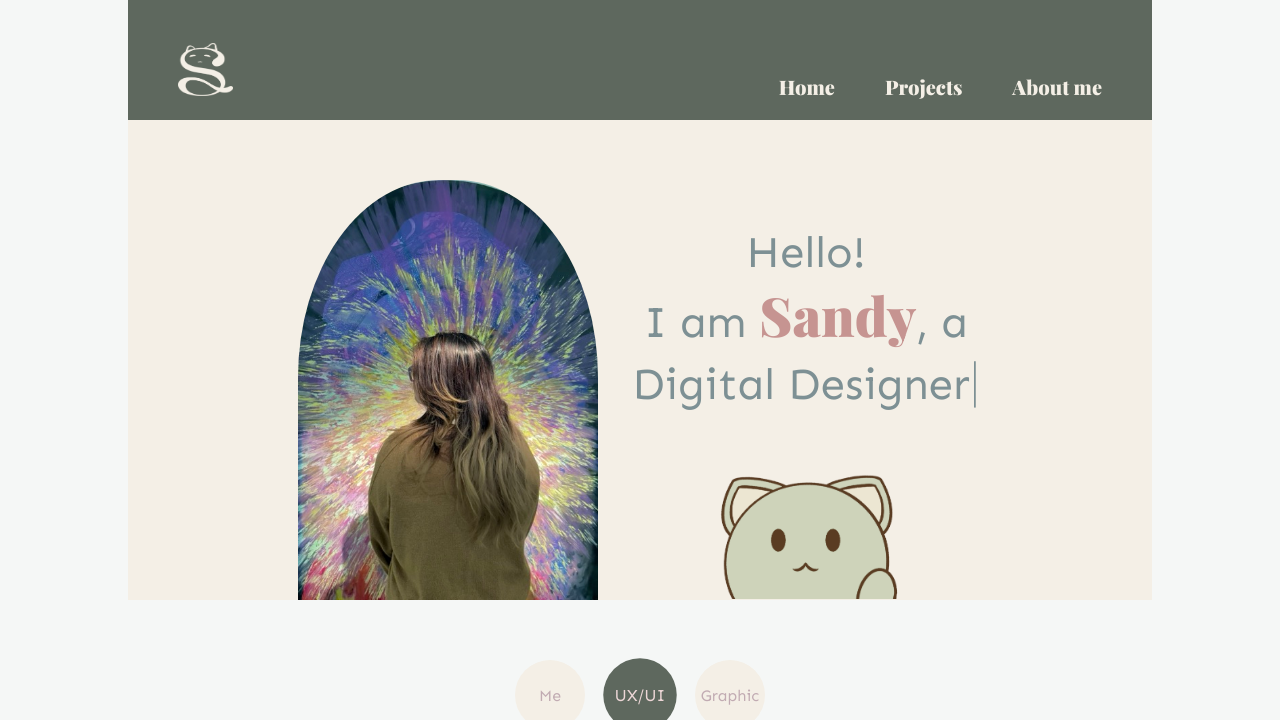
Repository: SandyLy453/portfolio
Page: /
These files come from the project's save history. The page is drawn as it stood at one moment and after the next save; the edit follows.
The browser window is 1280 px wide. The pictures show the whole page.
An inner scrolling area shows only its first screen. The project was rebuilt for these pictures with package versions that can differ from the ones it lists, and the page was loaded fresh each time. The framework's server and built-in components were replaced by stand-ins that run in the browser. Also part of the build but not shown: next.config.mjs, modules/Footer/Footer.module.css, modules/Footer/Footer.js, modules/ProjectCard/ProjectCard.module.css, modules/ProjectCard/Projectcard.js.

Above is the page before, as saved 2025-02-17 18:05:47.

### pages/_app.js
import { useEffect } from "react";
import { useRouter } from "next/router";
import { Playfair_Display, Sen } from 'next/font/google';
import '../styles/globals.css';

const playfairDisplay = Playfair_Display({
  weight: ['400', '900'],
  style: ['normal', 'italic'],
  subsets: ['latin'],
});

const sen = Sen({
  weight: ['400', '700', '800'],
  subsets: ['latin'],
});

export default function App({ Component, pageProps }) {

  const router = useRouter();

  useEffect(() => {
    const handleRouteChangeComplete = (url) => {
        if (url.startsWith("/projects")) {
            window.location.reload();
        } else if (url.startsWith("/project")) {
          window.location.reload();
        }
    };

    router.events.on("routeChangeComplete", handleRouteChangeComplete);

    return () => {
        router.events.off("routeChangeComplete", handleRouteChangeComplete);
    };
}, [router]);


  return (
    <main className={`${playfairDisplay.className} ${sen.className}`}>
      <Component {...pageProps} />
    </main>
  )
}

### pages/_document.js
import { Html, Head, Main, NextScript } from "next/document";


export default function Document() {
  return (
    <Html lang="en">
      <Head>
        <title>San San's Tea Room</title>
        <link rel="icon" href="/favicon.ico" />

        <link rel="preconnect" href="https://fonts.googleapis.com" />
        <link rel="preconnect" href="https://fonts.gstatic.com" crossorigin="anonymous" />
        <link
          href="https://fonts.googleapis.com/css2?family=Playfair+Display:wght@400;900&family=Sen:wght@400;700;800&display=swap"
          rel="stylesheet"
        />
      </Head>
      <body>
        <Main />
        <NextScript />
      </body>
    </Html>
  );
}

### pages/index.js
import Image from "next/image";
import Link from "next/link";
import styles from "@/styles/Home.module.css";
import { useState, useEffect } from "react";
import Header from "@/modules/Header/Header";
import Footer from "@/modules/Footer/Footer";
import ProjectCard from "@/modules/ProjectCard/Projectcard";
import ShowCase from "@/modules/ShowCase/ShowCase";

export default function Home() {

  const projects = [
    {
      photos: ["/aether-cover.png"],
      alt: "Aether cover",
      title: "Aether",
      description: "Case Study - A AI-powered form-filling app",
      date: "September 2024 - December 2024",
      link: "/projects/Aether",
    },
    {
      photos: ["/post1.png", "/post2.png", "/post3.png"],
      alt: "Poster slides show",
      title: "Poster design",
      description:
        "Product design - Series of posters based on the anime/ manga Detective Conan.",
      date: "December 2024",
      link: "/projects/Poster",
    },
    {
      photos: ["/can1.png", "/can2.png", "/can3.png"],
      alt: "Can design slide show",
      title: "DiLo Tea Can",
      description: "Product design - Tea Can",
      date: "November 2024",
      link: "/projects/CanDesign",
    },
    {
      photos: ["/mockup2.png"],
      alt: "Magazine cover",
      title: "Magazine",
      description: "Magazine design - An architectural magazine",
      date: "November 2024",
      link: "/projects/Magazine",
    },
    {
      photos: ["/clotho.png"],
      alt: "Clotho app",
      title: "Clotho",
      description: "Clotho - A closet organize app",
      date: "March 2024 - May 2024",
      link: "/projects/Clotho",
    },
    {
      photos: ["/cam.png"],
      alt: "Camera vector graphic",
      title: "Mechanical Object Vector Graphic",
      description: "Using vector to draw mechanical objects",
      date: "December 2023",
      link: "/projects/MechanicalObject",
    },
  ];

  const [visibleProjects, setVisibleProjects] = useState(6);

  const roles = ["UX/UI Designer", "Digital Designer", "Web Developer"];
  const [text, setText] = useState("");
  const [index, setIndex] = useState(0);
  const [charIndex, setCharIndex] = useState(0);
  const [deleting, setDeleting] = useState(false);

  useEffect(() => {
    const currentRole = roles[index];

    let timeout;

    if (deleting) {
      timeout = setTimeout(() => {
        setText(currentRole.substring(0, charIndex - 1));
        setCharIndex((prev) => prev - 1);
      }, 50);
    } else {
      timeout = setTimeout(() => {
        setText(currentRole.substring(0, charIndex + 1));
        setCharIndex((prev) => prev + 1);
      }, 100);
    }

    if (!deleting && charIndex === currentRole.length) {
      setTimeout(() => setDeleting(true), 1000);
    } else if (deleting && charIndex === 0) {
      setDeleting(false);
      setIndex((prevIndex) => (prevIndex + 1) % roles.length);
    }

    return () => clearTimeout(timeout);
  }, [charIndex, deleting, index, roles]);

  return (
    <>
      <Header/>

      <main className={styles.main}>
        <div className={styles.top}>
          <div className={styles.image}>
            <Image src={'/cover.jpeg'} alt="cover photo" className={styles.coverPhoto} width={300} height={420} />
          </div>

          <div className={styles.info}>
            <p className={styles.role}>Hello!</p>
            <p className={styles.role}>I am <span className={styles.name}>Sandy</span>, a</p>
            <p className={styles.role}>
              {text}
              <span className={styles.cursor}>|</span>
            </p>
            <Image src={'/hi.GIF'} alt="greeting gif" className={styles.gif} width={294} height={129} />
          </div>
        </div>

        <ShowCase/>

        <div className={styles.sectionBreaker}>
          <span> Let's connect! </span>
        </div>

        <div className={styles.connect}>
          <Link
            className={styles.link}
            href={"mailto:sandy.lyth453@gmail.com"}
            target="_blank"
          >
            <p className={styles.connectInfo}>Email</p>
          </Link>
          <Link
            className={styles.link}
            href={"https://www.instagram.com/sansan_lyth?igsh=MThxOTR1ZTlyY3R1dw%3D%3D&utm_source=qr"}
            target="_blank"
          >
            <p className={styles.connectInfo}>Instagram</p>
          </Link>
          <Link
            className={styles.link}
            href={"https://www.linkedin.com/in/boisan-sandy-ly/"}
            target="_blank"
          >
            <p className={styles.connectInfo}>LinkedIn</p>
          </Link>
          <Link
            className={styles.link}
            href={"/Sandy_Ly_Resume.pdf"}
            target="_blank"
          >
            <p className={styles.connectInfo}>Resume</p>
          </Link>
        </div>
      </main>

      <footer className={styles.footer}>
        <p className={styles.copyright}>© Made by Sandy Ly • 2025</p>
      </footer>
    </>
  );
}

### styles/globals.css
:root {
  --mauveMorn: #ecd6d6;
  --mauveShadow: #B59BA6;
  --moss: #5E7975;
  --brightWhite: #f5f7f6;
  --white: #fff;

  --spaBlue: #D3DEDF;
  --forest: #5E685E;
  --midnight: #3D4D55;
  --stormCloud: #676767;
  --cream: #f4EFE6;
  --cloud: #FEFCF6;
}

html,
body {
  padding: 0;
  margin: 0;
  background-color: #f5f7f6;
  width: 100vw;
  height: 100vh;
  overflow-x: hidden;
  scroll-behavior: auto;

  font-family: "Playfair Display", serif;
  font-optical-sizing: auto;
  color: var(--stormCloud);
  cursor: url('/hehe.webp') 16 16, auto;
}

header {
  margin: 0;
  padding: 0;
  box-sizing: border-box;
}

* {
  margin: 0;
  padding: 0;
  box-sizing: border-box; /* Reset styles for all elements */
}

h1, h2, h3, h4, h5, span {
  font-family: "Playfair Display", serif;
}

a, button {
  cursor: url('/haha.webp') 16 16, pointer;
}

### styles/Home.module.css
.page {
  margin: 0;
  padding: 0;
}

.main {
  min-height: 100vh;
  width: 70vw;
  margin: auto;
  margin-top: 0;
  margin-top: 120px;
}

.top {
  width: 100%;
  min-height: 480px;
  background-color: var(--cream);
  align-items: center;
  display: flex;
  flex-direction: row;
  padding: 0;
  flex-wrap: wrap;
  justify-content: center;
}

.coverPhoto {
  border-radius: 47% 47% 0 0;
  margin: 0 6rem;
  position: relative;
  bottom: -30px;
}

.info {
  text-align: center;
  margin-top: 100px;
  width: 30vw;
}

.name {
  font-size: 54px;
  color: #C69491;
  font-weight: 600;
  font-family: "Playfair Display", serif;
}

.role {
  font-size: 44px;
  color: #7D9094;
  font-weight: 500;
}

.loca {
  font-size: 20px;
  color: #7D9094;
  padding-top: 10px;
}

.gif {
  position: relative;
  bottom: -36px;
}

.sectionBreaker {
  display: flex;
  align-items: center;
  justify-content: center;
  margin: 40px 0;
  position: relative;
}

.sectionBreaker::before,
.sectionBreaker::after {
  content: "";
  flex: 1;
  height: 2px;
  background: #d3d3d3;
  margin: 0;
}

.sectionBreaker span {
  color: #7D9094;
  margin: 0 10px;
  font-size: 20px;
  font-style: italic;
}

.pjSection {
  display: flex;
  flex-direction: row;
  flex-wrap: wrap;
  justify-content:space-between;
  align-items: flex-start;
  margin: 0 auto;
  margin-bottom: 50px;
  gap: 1rem;
  max-width: 1350px;
}

.connect {
  margin-bottom: 200px;
}

.link {
  text-decoration: none;
  color: var(--mauveShadow);
  width: 100%;
  font-weight: 500;
}

.link:hover {
  color: var(--forest);
  font-weight: 900;
}

.connectInfo {
  font-size: 54px;
  margin: 20px 0;
  font-family: "Playfair Display", serif;
  position: relative;
  display: inline-block;
  padding: 10px 20px;
  text-decoration: none;
  width: 100%;
  overflow: hidden;
  transition: color 0.3s ease-in-out, font-weight 0.3s ease-in-out;
  font-weight: 500;
}

.connectInfo::before {
  content: "";
  position: absolute;
  top: 0;
  left: -100%;
  width: 100%;
  height: 100%;
  background: linear-gradient(to right, rgba(0, 0, 0, 0.1), rgba(0, 0, 0, 0.3));
  transition: left 0.4s ease-in-out;
  z-index: -1; /* Ensure background does not cover text */
}

/* Make background visible when hovering */
.connectInfo:hover::before,
.connectInfo:active::before {
  left: 0;
}

/* Text color and weight on hover */
.connectInfo:hover {
  color: var(--forest); /* Hover text color */
  font-weight: 900;
}

/* Arrow effect */
.connectInfo::after {
  content: " →";
  opacity: 0;
  position: absolute;
  right: 10px;
  top: 50%;
  transform: translateY(-50%);
  transition: opacity 0.3s ease-in-out, transform 0.3s ease-in-out;
  color: var(--forest); /* Match hover color */
}

/* Show arrow and move slightly right when hovering */
.connectInfo:hover::after,
.connectInfo:active::after {
  opacity: 1;
  transform: translate(8px, -50%);
}


.footer {
  margin-bottom: 20px;
}

.copyright {
  text-align: center;
  font-style: italic;
  color: var(--forest);
  width: 100%;
}





@media screen and (max-width: 1460px) {
  .pjSection {
    gap: 20px;
  }

  .main {
    width: 80vw;
  }

  .coverPhoto {
    margin: 0 1rem;
    bottom: -32px;
  }

  .info {
    margin-top: 50px;
  }

  .gif {
    bottom: -3.7rem;
  }

  .name {
    font-size: 54px;
  }

  .role {
    font-size: 44px;
  }

  .loca {
    font-size: 18px;
  }

  .pjSection {
    gap: 15px;
    justify-content: center;
  }
}



@media screen and (max-width: 768px) {
  .main {
    width: 100vw;
  }

  .coverPhoto {
    margin: 0 auto;
    bottom: -20px;
    width: 70vw;
    height: auto;
  }

  .info {
    margin-top: 50px;
    width: 90vw;
  }

  .name {
    font-size: 36px;
  }

  .role {
    font-size: 20px;
  }

  .loca {
    font-size: 18px;
  }

  .pjSection {
    gap: 15px;
    justify-content: center;
  }

  .gif {
    position: relative;
    bottom: -4px;
    margin-top: 10px;
  }
}

### modules/Header/Header.js
import Image from "next/image";
import Link from "next/link";
import styles from './Header.module.css';
import { useState, useRef } from "react";

export default function Header() {
    const audioRef = useRef(null);
    const [menuOpen, setMenuOpen] = useState(false);

    const playSound = () => {
        if (audioRef.current) {
            audioRef.current.currentTime = 0;
            audioRef.current.play().catch(error => console.log("Audio playback error:", error));
        }
    };

    return (
        <header className={`${styles.header} ${menuOpen ? styles.headerExpanded : ""}`}>
            {/* Logo */}
            <div className={styles.logoBox}>
                <Link href={'/'}>
                    <Image
                        src={'/logo.png'}
                        alt="logo"
                        className={styles.logo}
                        width={55}
                        height={53}
                        onMouseEnter={playSound}
                    />
                </Link>
            </div>

            <button className={styles.hamburger} onClick={() => setMenuOpen(!menuOpen)}>
                <Image
                    src={menuOpen ? "/menuOpen.png" : "/menuIcon.png"}
                    alt="Menu Toggle"
                    width={30}
                    height={21}
                />
            </button>

            <nav className={`${styles.menu} ${menuOpen ? styles.menuExpanded : ""}`}>
                <p className={styles.menuOption}><Link href={'/'} className={styles.link}>Home</Link></p>
                <p className={styles.menuOption}><Link href={'/project'} className={styles.link}>Projects</Link></p>
                <p className={styles.menuOption}><Link href={'/about'} className={styles.link}>About me</Link></p>
            </nav>

            <audio ref={audioRef} src="/cat.wav" preload="auto"></audio>
        </header>
    );
}

### modules/ShowCase/ShowCase.js
import Image from "next/image";
import { useState, useEffect, useRef } from "react";
import styles from './ShowCase.module.css';
import Link from "next/link";

export default function ShowCase() {
    const tags = ["Me", "UX/UI", "Graphic"];
    const images = {
        "Me": "/me.png",
        "UX/UI": "/uxui.png",
        "Graphic": "/3can.png",
    };
    const bigText = ["Sandy", "App Design", "Graphic Design"];
    const smallText = [
        "",
        "",
        ""
    ];
    const linkPath = ["/about", "/project", "/project"];
    const linkText = ["About Me →", "See More Project →", "See More Project →"];

    const [activeIndex, setActiveIndex] = useState(0);
    const [isFading, setIsFading] = useState(false);
    const [isPaused, setIsPaused] = useState(false);
    const intervalRef = useRef(null);

    const startLoop = () => {
        clearInterval(intervalRef.current);
        intervalRef.current = setInterval(() => {
            setIsFading(true);
            setTimeout(() => {
                setActiveIndex((prevIndex) => (prevIndex + 1) % tags.length);
                setIsFading(false);
            }, 500);
        }, 4000);
    };

    useEffect(() => {
        if (!isPaused) startLoop();
        return () => clearInterval(intervalRef.current);
    }, [isPaused]);

    const handlePause = (index) => {
        clearInterval(intervalRef.current);
        setIsPaused(true);
        setActiveIndex(index);
        setIsFading(false);
    };

    const handleResume = () => {
        setIsPaused(false);
    };

    return (
        <div className={styles.container}>
            <div className={styles.tagBox}>
                {tags.map((tag, index) => (
                    <div
                        key={tag}
                        className={`${styles.tag} ${activeIndex === index ? styles.active : ""}`}
                        onMouseEnter={() => handlePause(index)}
                        onMouseLeave={handleResume}
                        onTouchStart={() => handlePause(index)}
                        onTouchEnd={handleResume}
                    >
                        <p>{tag}</p>
                    </div>
                ))}
            </div>

            <div className={styles.right}>
                <div className={styles.photoBox}>
                    <Image
                        key={tags[activeIndex]}
                        src={images[tags[activeIndex]]}
                        alt={tags[activeIndex]}
                        width={600}
                        height={460}
                        className={`${styles.photo} ${isFading ? styles.fadeOut : styles.fadeIn}`}
                    />

                    <div className={styles.gradient}></div>
                    <div className={styles.text}>
                        <p className={styles.big}>{bigText[activeIndex]}</p>
                        <p className={styles.small}>{smallText[activeIndex]}</p>
                        <Link href={linkPath[activeIndex]} className={styles.littleLink}>
                            {linkText[activeIndex]}
                        </Link>
                    </div>
                </div>

                {/* <div className={styles.loadMoreContainer}>
                    <Link href="/project" passHref>
                        <button className={styles.loadMoreButton}>
                            More Projects
                        </button>
                    </Link>
                </div> */}
            </div>
        </div>
    );
}

### modules/Header/Header.module.css
.header {
    margin: 0 auto;
    width: 70vw;
    height: 120px;
    background-color: var(--forest);
    padding: 20px 50px;
    display: flex;
    flex-direction: row;
    justify-content: space-between;
    align-items: flex-end;
    position: fixed;
    right: 15vw;
    top: 0;
    z-index: 999;
    transition: height 0.3s ease-in-out;
}

.headerExpanded {
    min-height: 250px;
}

.menu {
    display: flex;
    flex-direction: row;
    gap: 50px;
    opacity: 1;
    transition: opacity 0.3s ease-in-out;
}

.menuExpanded {
    display: flex;
    flex-direction: column;
    align-items: flex-end;
    gap: 10px;
    width: 100%;
}


.menuOption {
    font-size: 20px;
    font-weight: 600;
}

.link {
    text-decoration: none;
    color: var(--cream);
    font-family: "Playfair Display", serif;
}

.link:hover {
    color: var(--midnight);
}

.hamburger {
    display: none;
    background: none;
    border: none;
    cursor: pointer;
}


@media screen and (max-width: 1460px) {
    .header {
        width: 80vw;
        right: 10vw;
    }
}

@media screen and (max-width: 768px) {
    .header {
        width: 100vw;
        min-height: 100px;
        right: 0;
        display: flex;
        flex-direction: row;
        align-items: center;
        justify-content: space-between;
        height: auto;
    }

    .hamburger {
        display: block;
        position: absolute;
        right: 20px;
        top: 40px;
        z-index: 10;
    }

    .logo {
        display: block;
        position: absolute;
        left: 20px;
        top: 20px;
        z-index: 10;
    }

    .menu {
        display: none;
        flex-direction: column;
        align-items: center;
        width: 100%;
        opacity: 0;
        transform: scaleY(0);
        transition: transform 0.3s ease-in-out, opacity 0.3s ease-in-out;
    }

    .menuExpanded {
        display: flex;
        opacity: 1;
        transform: scaleY(1);
    }

}

### modules/ShowCase/ShowCase.module.css
.container {
    margin: auto;
    margin-top: 50px;
    display: flex;
    flex-direction: row;
    justify-content: center;
    align-items: center;
    gap: 30px;
}

.tagBox {
    display: flex;
    justify-content: center;
    align-items: center;
    flex-direction: column;
}

.tag, .active {
    width: 100px;
    height: 100px;
    background-color: var(--cream);
    border-radius: 50%;
    display: flex;
    justify-content: center;
    align-items: center;
    margin: 10px;
    cursor: url('/haha.webp') 16 16, pointer;
    transition: background-color 0.3s ease-in-out, transform 0.2s ease-in-out;
}

.tag:hover, .active {
    background-color: var(--forest);
    transform: scale(1.05);
}

.tag p, .active p {
    color: var(--mauveShadow);
    opacity: 80%;
}

.tag:hover p, .active p {
    color: var(--mauveMorn);
    opacity: 100%;
}

.photoBox {
    width: 60vw;
    max-width: 1000px;
    aspect-ratio: 20 / 11;
    position: relative;
    display: flex;
    align-items: center;
    justify-content: center;
    overflow: hidden;
}

.photo {
    width: 100%;
    height: 100%;
    border-radius: 20px;
    object-fit: cover;
    position: absolute;
    transition: opacity 0.5s ease-in-out;
}

.fadeIn {
    opacity: 1;
}

.fadeOut {
    opacity: 0;
}

.loadMoreContainer {
    margin-top: 20px;
    display: flex;
    flex-direction: column;
    justify-content: flex-end;
    align-items: flex-end;
  }

  .loadMoreButton {
    height: 40px;
    width: 150px;
    background-color: var(--cream);
    color: var(--forest);
    border: 1px solid var(--forest);
    font-size: 18px;
    align-items: center;
    border-radius: 10px;
    margin-bottom: 50px;
  }

  .loadMoreButton:hover {
    background-color: var(--forest);
    color: var(--cream);
  }

  .gradient {
    position: absolute;
    top: 0;
    left: 0;
    width: 100%;
    height: 100%;
    background: linear-gradient(360deg, rgba(2,0,36,1) 0%, rgba(255,255,255,0) 55%);
    z-index: 2;
    pointer-events: none;
    border-radius: 20px;
}

.text {
    position: absolute;
    bottom: 0;
    right: 0;
    width: 100%;
    padding: 20px;
    color: white;
    z-index: 3;
    width: 50vw;
    max-width: 1000px;
    text-align: right;
}

.littleLink {
    text-decoration: underline;
    color: white;
    font-style: italic;
    margin: 20px 0;
}

.big {
    font-family: "Playfair Display", serif;
    font-size: 18px;
    margin: 15px 0;
    font-weight: 700;
}

.small {
    font-size: 15px;
    margin: 15px 0;
}

@media screen and (max-width: 1460px) {
    .container {
        flex-direction: column;
    }

    .tagBox {
        flex-direction: row;
    }

    .tag, .active {
        width: 70px;
        height: 70px;
    }

    .photoBox {
        width: 70vw;
    }

    .big {
        font-size: 16px;
    }

    .small,
    .littleLink {
        font-size: 12px;
    }
}

@media screen and (max-width: 768px) {
    .photoBox {
        width: 90vw;
    }

    .big {
        font-size: 12px;
    }

    .small,
    .littleLink {
        font-size: 10px;
    }
}

Loaded but not shown: pages/api/hello.js (common file)

After the next save:
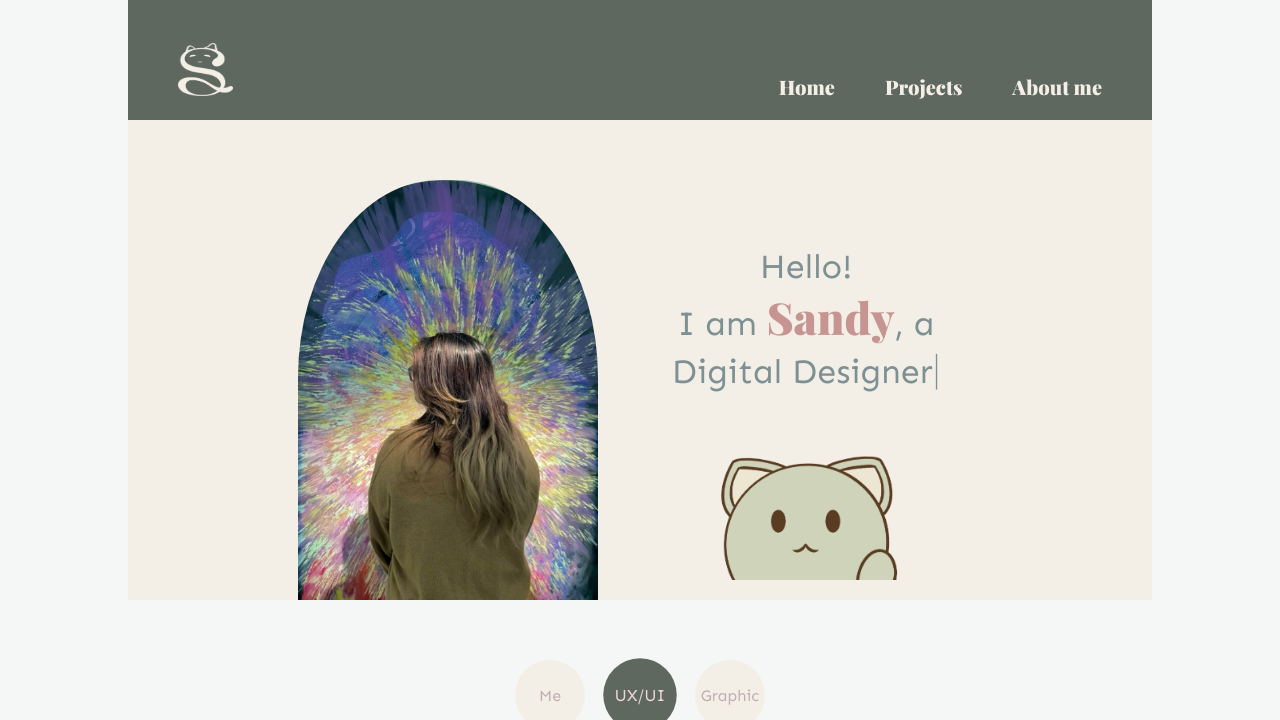
Saved 22 s later.
--- a/styles/Home.module.css
+++ b/styles/Home.module.css
@@ -208,11 +208,11 @@
   }
 
   .name {
-    font-size: 54px;
+    font-size: 44px;
   }
 
   .role {
-    font-size: 44px;
+    font-size: 34px;
   }
 
   .loca {
